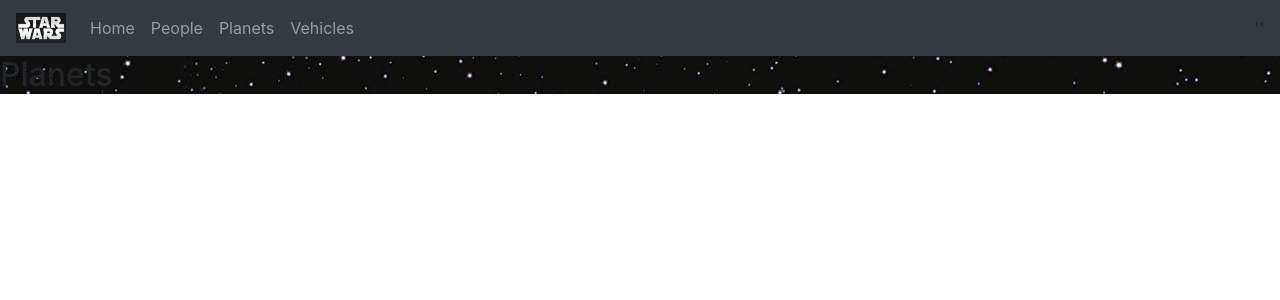
Repository: ewelinaszoda/star-wars-swapi-app
Page: /planets
The author's editor kept a copy of each file at every save. The page is drawn from the files as they stood at one save, then again after a run of saves.
The browser window is 1280 px wide. The pictures show the whole page.
The page's requests for data from a server got no answer. The project was rebuilt for these pictures with package versions that can differ from the ones it lists, and the page was loaded fresh each time. No one was signed in, and anything a server would have sent is missing. Also part of the build but not shown: src/App.css, src/containers/PeopleList.js, src/pages/Home.js, src/pages/People.js, src/pages/Vehicles.js.

Above is the page before, as saved 2021-05-11 13:02:53.

### public/index.html
<!DOCTYPE html>
<html lang="en">
  <head>
    <meta charset="utf-8" />
    <link rel="icon" href="%PUBLIC_URL%/favicon.ico" />
    <meta name="viewport" content="width=device-width, initial-scale=1" />
    <meta name="theme-color" content="#000000" />
    <meta
      name="description"
      content="Web site created using create-react-app"
    />
    <link
      rel="stylesheet"
      href="https://cdn.jsdelivr.net/npm/bootstrap@4.6.0/dist/css/bootstrap.min.css"
      integrity="sha384-B0vP5xmATw1+K9KRQjQERJvTumQW0nPEzvF6L/Z6nronJ3oUOFUFpCjEUQouq2+l"
      crossorigin="anonymous"
    />
    <!-- <link rel="apple-touch-icon" href="%PUBLIC_URL%/logo192.png" /> -->
    <!--
      manifest.json provides metadata used when your web app is installed on a
      user's mobile device or desktop. See https://developers.google.com/web/fundamentals/web-app-manifest/
    -->
    <link rel="manifest" href="%PUBLIC_URL%/manifest.json" />
    <!--
      Notice the use of %PUBLIC_URL% in the tags above.
      It will be replaced with the URL of the `public` folder during the build.
      Only files inside the `public` folder can be referenced from the HTML.

      Unlike "/favicon.ico" or "favicon.ico", "%PUBLIC_URL%/favicon.ico" will
      work correctly both with client-side routing and a non-root public URL.
      Learn how to configure a non-root public URL by running `npm run build`.
    -->
    <title>React App</title>
  </head>
  <body>
    <noscript>You need to enable JavaScript to run this app.</noscript>
    <div id="root"></div>
    <!--
      This HTML file is a template.
      If you open it directly in the browser, you will see an empty page.

      You can add webfonts, meta tags, or analytics to this file.
      The build step will place the bundled scripts into the <body> tag.

      To begin the development, run `npm start` or `yarn start`.
      To create a production bundle, use `npm run build` or `yarn build`.
    -->
  </body>
</html>

### src/App.js
import React from 'react';
import API from './API';
import './App.css';
import Navigation from './components/Navigation';
import { BrowserRouter as Router, Switch, Route } from 'react-router-dom';
import Home from './pages/Home';
import People from './pages/People.js';
import Planets from './pages/Planets';
import Vehicles from './pages/Vehicles';
import Spinner from './components/Spinner';

function App() {
  const [people, setPeople] = React.useState([]);
  const [planets, setPlanets] = React.useState([]);
  const [vehicles, setVehicles] = React.useState([]);
  const [loading, setLoading] = React.useState(true);
  const [userSearch, setUserSearch] = React.useState('');

  React.useEffect(() => {
    getPeople();
    getPlanets();
    getVehicles();
    setLoading(false);
  }, []);

  const updateUserSearch = (e) => {
    setUserSearch(e.target.value);
  };

  const getPeople = () => {
    API.fetchAllPeople()
      .then((data) => setPeople(data.results))
      .catch((error) => console.error(error));
  };

  const getPlanets = () => {
    API.fetchAllPlanets()
      .then((data) => setPlanets(data.results))
      .catch((error) => console.error(error));
  };

  const getVehicles = () => {
    API.fetchAllVehicles()
      .then((data) => setVehicles(data.results))
      .catch((error) => console.error(error));
  };

  console.log('people', people);
  console.log('planets', planets);
  console.log('vehicles', vehicles);

  return (
    <>
      <Router>
        <Navigation
          updateUserSearch={updateUserSearch}
          userSearch={userSearch}
        />
        {loading ? (
          <Spinner />
        ) : (
          <Switch>
            <Route exact path="/">
              <Home people={people} userSearch={userSearch} />
            </Route>
            <Route exact path="/people">
              <People people={people} />
            </Route>
            <Route exact path="/planets">
              <Planets planets={planets} />
            </Route>
            <Route exact path="/vehicles">
              <Vehicles vehicles={vehicles} />
            </Route>
          </Switch>
        )}
      </Router>
    </>
  );
}

export default App;

### src/API.js
const BASE_URL = 'https://swapi.dev/api';

// To improve: I would refactoring the code below to one function fetchData
// with parameter data, where I will fetch(BASE_URL + `/{data}`)

const fetchAllPeople = () => {
  return fetch(BASE_URL + '/people')
    .then((res) => res.json())
    .catch((error) => console.error(error));
};

const fetchAllPlanets = () => {
  return fetch(BASE_URL + '/planets')
    .then((res) => res.json())
    .catch((error) => console.error(error));
};

const fetchAllVehicles = () => {
  return fetch(BASE_URL + '/vehicles')
    .then((res) => res.json())
    .catch((error) => console.error(error));
};
// eslint-disable-next-line
export default { fetchAllPeople, fetchAllPlanets, fetchAllVehicles };

### src/components/Navigation.js
import React from 'react';
import { Navbar, Nav, Form, FormControl, Button } from 'react-bootstrap';
import logo from '../logo.png';
// import { Link } from 'react-router-dom'
import { useLocation } from 'react-router-dom';

const Navigation = ({ userSearch, updateUserSearch }) => {
  const location = useLocation();

  const renderSearch = () => {
    if (location.pathname === '/')
      return (
        <>
          <Form inline className="mr-xs-none">
            <FormControl
              type="text"
              placeholder="Search for character..."
              className="mr-sm-2"
              onChange={(e) => updateUserSearch(e)}
              value={userSearch}
            />
            <Button variant="outline-info">Search</Button>
          </Form>
        </>
      );
    else return <>''</>;
  };

  return (
    // To improve: Search bar will disappear for small device
    <>
      <Navbar bg="dark" expand="lg" variant="dark">
        <Navbar.Brand href="/">
          <img
            alt="Star Wars logo"
            src={logo}
            width="50"
            height="30"
            className="d-inline-block align-top"
          />
        </Navbar.Brand>
        <Navbar.Toggle aria-controls="basic-navbar-nav" />
        <Navbar.Collapse id="basic-navbar-nav">
          <Nav className="mr-auto">
            <Nav.Link href="/">Home</Nav.Link>
            <Nav.Link href="/people">People</Nav.Link>
            <Nav.Link href="/planets">Planets</Nav.Link>
            <Nav.Link href="/vehicles">Vehicles</Nav.Link>
          </Nav>
        </Navbar.Collapse>
        {renderSearch()}
      </Navbar>
    </>
  );
};

export default Navigation;

### src/pages/Planets.js
import React from 'react';
import background from '../background.jpeg';

const Planets = ({ planets }) => {

  return (
    <div
    style={{
      backgroundImage: `url(${background})`, height: '100%',
    }}
  >
        <h2>Planets</h2>
        {/* <PeopleContainer people={people} /> */}
      </div>
  );
};

export default Planets;

### src/components/Spinner.js
import React from 'react';

function Spinner() {
  return (
    <div id="loading-spinner-div">
      <center>
        <img
          id="loading-spinner"
          src="https://media.giphy.com/media/ZBQhoZC0nqknSviPqT/giphy.gif"
          alt="Loading..."
          style={{margin: '20px', width:'30%', border: '1px solid black'}}
        />
      </center>
    </div>
  );
}

export default Spinner;

Loaded but not shown: src/index.js (common file); src/index.css (common file); src/reportWebVitals.js (common file)

After the next 5 saves:
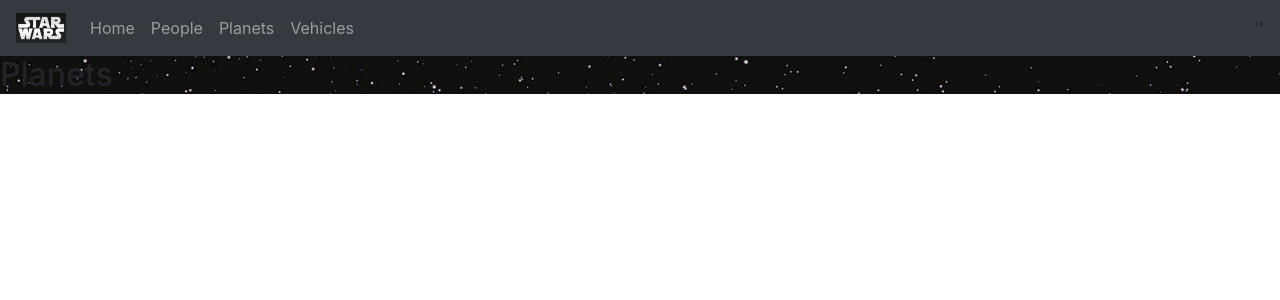
The 5 saves are shown as one change because 2 did not build or start and some came seconds apart.
The last was saved 72 s later.
--- a/src/pages/Planets.js
+++ b/src/pages/Planets.js
@@ -6,7 +6,7 @@
   return (
     <div
     style={{
-      backgroundImage: `url(${background})`, height: '100%',
+      backgroundImage: `url(${background})`,  backgroundSize: '100%',
     }}
   >
         <h2>Planets</h2>
